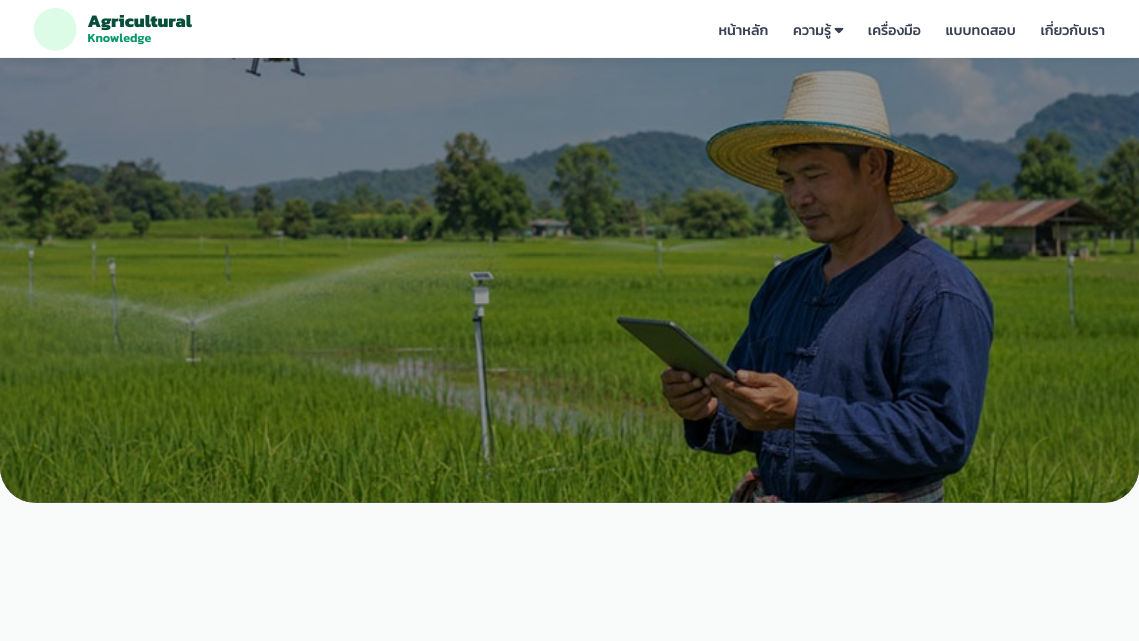
Repository: nuwat-wa/Project-WebdesignAG
Page: ag1.html
An editor plug-in stored every save of this project. The page is shown before and after the next save, followed by the edit.
The browser window is 1280 px wide. The pictures show the whole page, at 89% of full size.

Above is the page before, as saved 2026-09-24 17:25:44.

### ag1.html
<!doctype html>
<html lang="en">
  <head>
    <meta charset="UTF-8" />
    <meta name="viewport" content="width=device-width, initial-scale=1.0" />
    <title>Agricultural Knowledge</title>
    <link
      href="https://cdn.jsdelivr.net/npm/bootstrap@5.3.8/dist/css/bootstrap.min.css"
      rel="stylesheet"
      integrity="sha384-sRIl4kxILFvY47J16cr9ZwB07vP4J8+LH7qKQnuqkuIAvNWLzeN8tE5YBujZqJLB"
      crossorigin="anonymous"
    />
    <link
      rel="stylesheet"
      href="https://cdnjs.cloudflare.com/ajax/libs/font-awesome/6.7.2/css/all.min.css"
    />
    <link rel="stylesheet" href="ag1.css" />
  </head>
  <body>
    <header class="header">
      <div class="logo">
        <div class="logo-icon">
          <i class=""></i>
        </div>
        <div class="brand-text">
          <h1 class="title">Agricultural</h1>
          <span class="subtitle">Knowledge</span>
        </div>
      </div>

      <nav class="nav-links">
        <a href="#">หน้าหลัก</a>
        <a href="#">ความรู้ <i class="fa-solid fa-caret-down"></i> </a>
        <a href="#">เครื่องมือ</a>
        <a href="#">แบบทดสอบ</a>
        <a href="#">เกี่ยวกับเรา</a>
      </nav>
    </header>

    <div class="helo">
      <img src="img/aghero.jpg" alt="Agricultural">
      <div class="overlay"></div>
    </div>

    <div class="">

    </div>

    <script
      src="https://cdn.jsdelivr.net/npm/bootstrap@5.3.8/dist/js/bootstrap.bundle.min.js"
      integrity="sha384-FKyoEForCGlyvwx9Hj09JcYn3nv7wiPVlz7YYwJrWVcXK/BmnVDxM+D2scQbITxI"
      crossorigin="anonymous"
    ></script>
  </body>
</html>

### ag1.css
@import url('https://fonts.googleapis.com/css2?family=Kanit:ital,wght@0,100;0,200;0,300;0,400;0,500;0,600;0,700;0,800;0,900;1,100;1,200;1,300;1,400;1,500;1,600;1,700;1,800;1,900&display=swap');

* {
  margin: 0;
  padding: 0;
  box-sizing: border-box;
  font-family: "Kanit", sans-serif;
  font-style: normal;
}

body {
  background: #f8fbf9;
}

.header {
  position: fixed;
  top: 0;
  left: 0;
  width: 100%;
  padding: 0 3%;
  height: 65px;
  background: white;
  display: flex;
  justify-content: space-between;
  align-items: center;
  box-shadow: 0 2px 10px rgba(0, 0, 0, 0.05);
  z-index: 1000;
}

.logo {
  display: flex;
  align-items: center;
  gap: 12px;
}

.logo-icon {
  width: 48px;
  height: 48px;
  background-color: #dcfce7;
  border-radius: 50%;
  display: flex;
  align-items: center;
  justify-content: center;
}

.brand-text {
  display: flex;
  flex-direction: column;
}

.title {
  margin: 0;
  font-size: 20px;
  font-weight: 800;
  color: #064e3b;
  line-height: 0.95;
}

.subtitle {
  font-size: 14px;
  font-weight: 600;
  color: #059669;
  line-height: 1.1;
  margin-top: 2px;
}

.nav-links a {
  text-decoration: none;
  color: #374151;
  font-weight: 500;
  margin-left: 24px;
}

.nav-links a:hover {
  color: #059669;
}

.helo {
  width: 100vw;
  margin-top: 65px;
  background-color: black;
  border-radius: 0px 0px 40px 40px;
}

.helo img {
  width: 100%;
  height: 500px;
  object-fit: cover;
  display: block;
  border-radius: 0px 0px 40px 40px;
  opacity: 0.6;
}

After the next save:
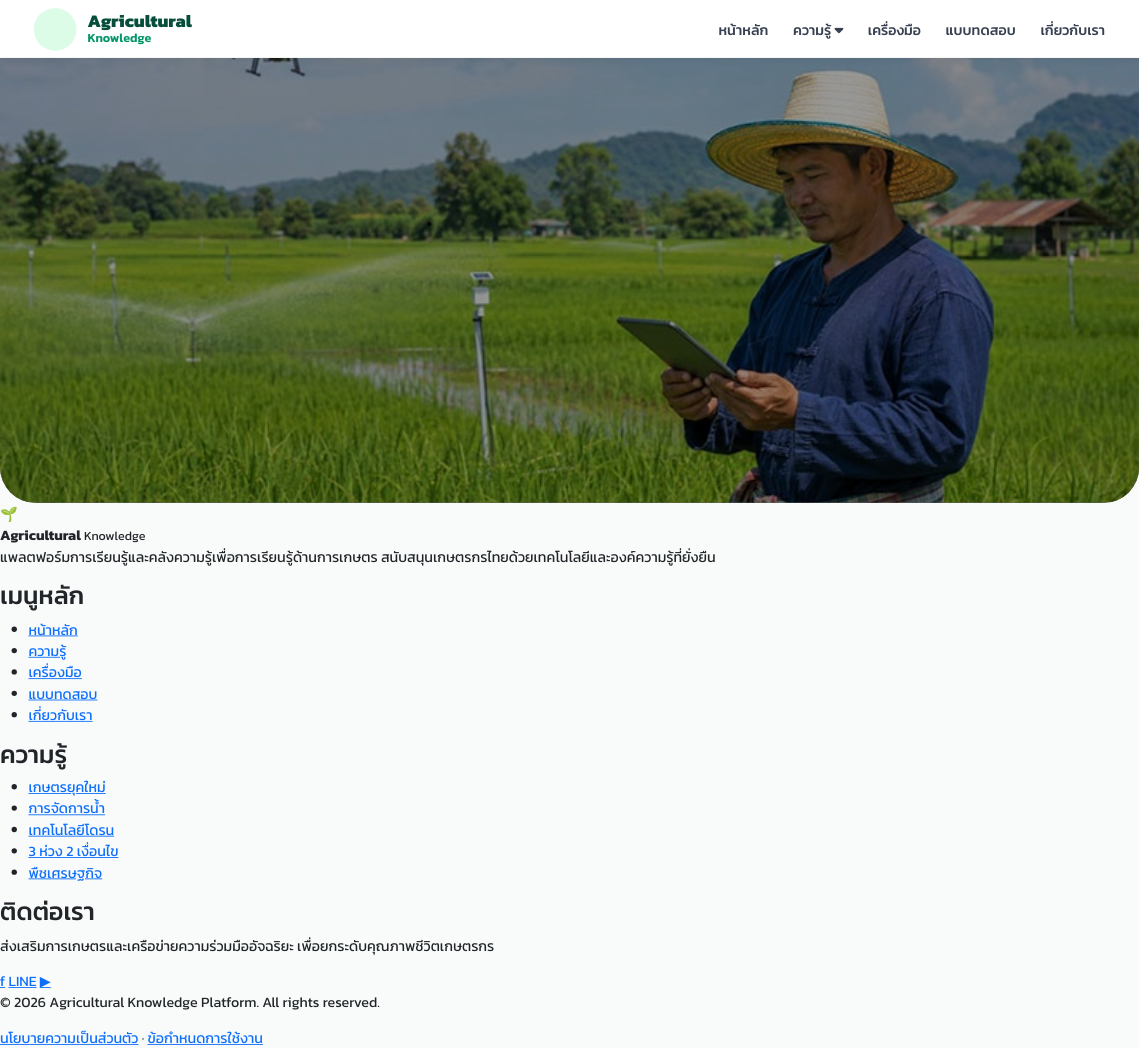
Saved 17 min 9 s later.
--- a/ag1.html
+++ b/ag1.html
@@ -38,13 +38,86 @@
     </header>
 
     <div class="helo">
-      <img src="img/aghero.jpg" alt="Agricultural">
+      <img src="img/aghero.jpg" alt="Agricultural" />
       <div class="overlay"></div>
     </div>
 
-    <div class="">
+    <div class=""></div>
 
-    </div>
+    <footer class="site-footer">
+      <div class="footer-top">
+        <!-- โลโก้และคำอธิบาย -->
+        <div class="footer-about">
+          <div class="footer-logo">
+            <span class="footer-logo-icon">🌱</span>
+
+            <div>
+              <strong>Agricultural</strong>
+              <small>Knowledge</small>
+            </div>
+          </div>
+
+          <p>
+            แพลตฟอร์มการเรียนรู้และคลังความรู้เพื่อการเรียนรู้ด้านการเกษตร
+            สนับสนุนเกษตรกรไทยด้วยเทคโนโลยีและองค์ความรู้ที่ยั่งยืน
+          </p>
+        </div>
+
+        <!-- เมนูหลัก -->
+        <div class="footer-column">
+          <h3>เมนูหลัก</h3>
+
+          <ul>
+            <li><a href="home.html">หน้าหลัก</a></li>
+            <li><a href="knowledge.html">ความรู้</a></li>
+            <li><a href="tools.html">เครื่องมือ</a></li>
+            <li><a href="quiz.html">แบบทดสอบ</a></li>
+            <li><a href="about.html">เกี่ยวกับเรา</a></li>
+          </ul>
+        </div>
+
+        <!-- หมวดความรู้ -->
+        <div class="footer-column">
+          <h3>ความรู้</h3>
+
+          <ul>
+            <li><a href="modern-farming.html">เกษตรยุคใหม่</a></li>
+            <li><a href="water.html">การจัดการน้ำ</a></li>
+            <li><a href="drone.html">เทคโนโลยีโดรน</a></li>
+            <li><a href="sufficiency.html">3 ห่วง 2 เงื่อนไข</a></li>
+            <li><a href="crops.html">พืชเศรษฐกิจ</a></li>
+          </ul>
+        </div>
+
+        <!-- ติดต่อ -->
+        <div class="footer-contact">
+          <h3>ติดต่อเรา</h3>
+
+          <p>
+            ส่งเสริมการเกษตรและเครือข่ายความร่วมมืออัจฉริยะ
+            เพื่อยกระดับคุณภาพชีวิตเกษตรกร
+          </p>
+
+          <!-- ใส่ URL ของช่องทางจริงใน href -->
+          <div class="footer-social">
+            <a href="#" aria-label="Facebook">f</a>
+            <a href="#" class="social-line" aria-label="LINE">LINE</a>
+            <a href="#" aria-label="YouTube">▶</a>
+          </div>
+        </div>
+      </div>
+
+      <!-- ส่วนล่าง -->
+      <div class="footer-bottom">
+        <p>© 2026 Agricultural Knowledge Platform. All rights reserved.</p>
+
+        <div class="footer-policy">
+          <a href="privacy.html">นโยบายความเป็นส่วนตัว</a>
+          <span>·</span>
+          <a href="terms.html">ข้อกำหนดการใช้งาน</a>
+        </div>
+      </div>
+    </footer>
 
     <script
       src="https://cdn.jsdelivr.net/npm/bootstrap@5.3.8/dist/js/bootstrap.bundle.min.js"
